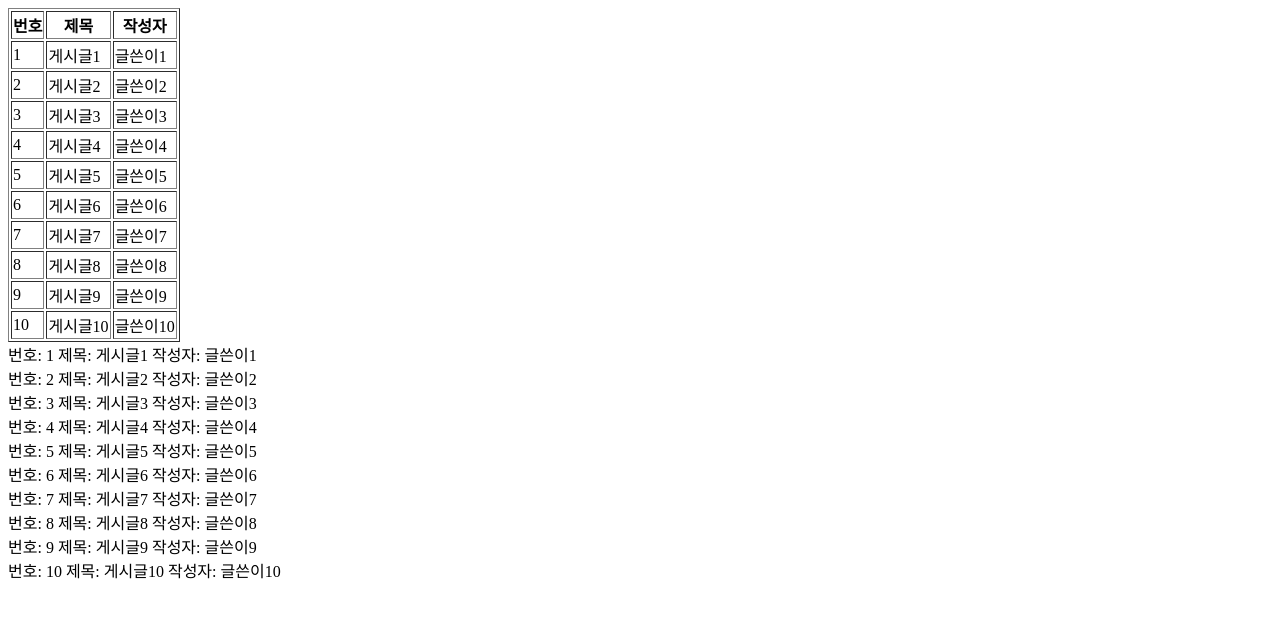
Repository: Luho0113/SpringBootStudy
Page: http://localhost/web/list.jsp
The author's editor kept a copy of each file at every save. The page is drawn from the files as they stood at one save, then again after the next save.
The browser window is 1280 px wide. The pictures show the whole page.
The page is served by Tomcat 9. Other server files are loaded and not shown.

Above is the page before, as saved 2023-05-03 03:17:56.

### web/src/main/webapp/list.jsp
<%@ page language="java" contentType="text/html; charset=UTF-8"
    pageEncoding="UTF-8"%>
<%@page import="java.util.HashMap"%>
<%@page import="java.util.ArrayList"%>
<%@page import="java.util.Map"%>
<%@page import="java.util.List"%>


<%
List<Map<String,String>> list = new ArrayList<>();

for(int i=1;i<=10;i++){
   Map<String,String> board = new HashMap<>();
   board.put("bi_num","" + i);
   board.put("bi_title","게시글" + i);
   board.put("bi_writer","글쓴이" + i);
   list.add(board);
}

%>
<!DOCTYPE html>
<html>
<head>
<meta charset="UTF-8">
<title>List</title>
</head>
<body>
<table border="1">
		<tr>
			<th>번호</th>
			<th>제목</th>
			<th>작성자</th>
		</tr>

		<%
		for (Map<String, String> map : list) {
		%>
		<tr>
			<td>
				<%
				out.println(map.get("bi_num"));
				%>
			</td>
			<td>
				<%
				out.println(map.get("bi_title"));
				%>
			</td>
			<td>
				<%
				out.println(map.get("bi_writer"));
				%>
			</td>
		</tr>
		<%}
		%>

	</table>
<%
for(Map<String, String> map : list){
	out.println("번호: " + map.get("bi_num"));
	out.println("제목: " + map.get("bi_title"));
	out.println("작성자: " + map.get("bi_writer"));
	out.println("<br>");
}
%>
</body>
</html>

After the next save:
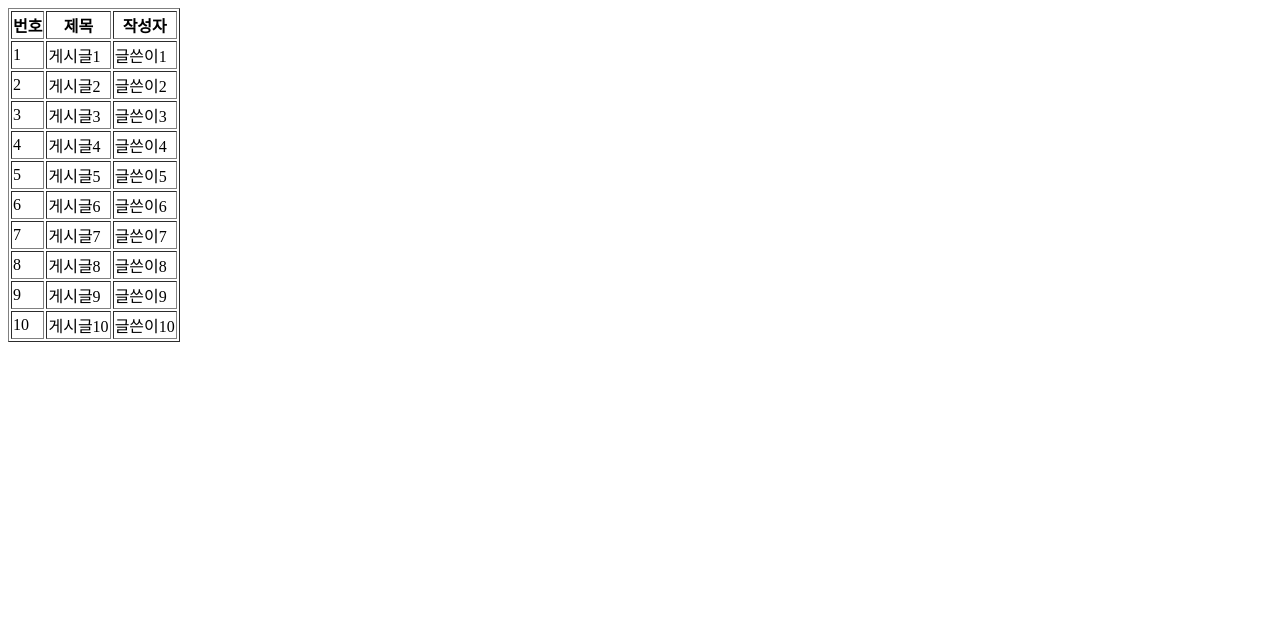
Saved 39 s later.
--- a/web/src/main/webapp/list.jsp
+++ b/web/src/main/webapp/list.jsp
@@ -56,13 +56,13 @@ for(int i=1;i<=10;i++){
 		%>
 
 	</table>
-<%
-for(Map<String, String> map : list){
+<!-- for(Map<String, String> map : list){
 	out.println("번호: " + map.get("bi_num"));
 	out.println("제목: " + map.get("bi_title"));
 	out.println("작성자: " + map.get("bi_writer"));
 	out.println("<br>");
-}
-%>
+} -->
+
+
 </body>
 </html>
